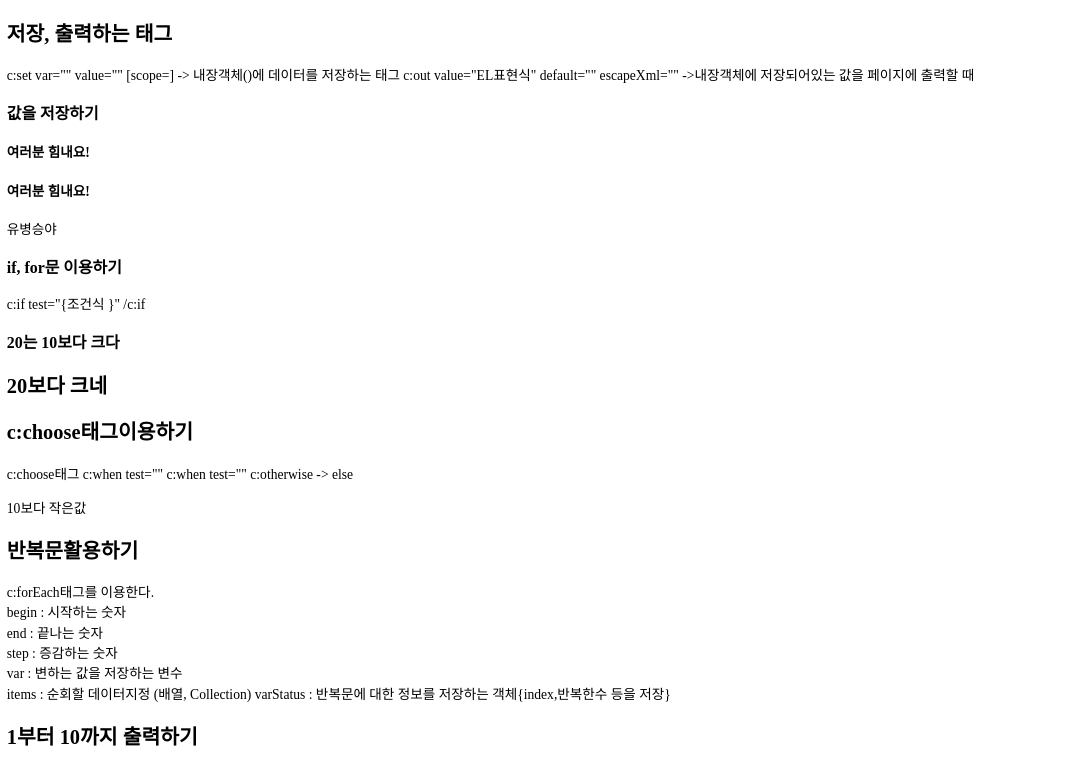
Repository: simjiho/week
Page: http://localhost/el_jstl/views/jstl/02_controltag.jsp
These files come from the project's save history. The page is drawn as it stood at one moment and after the next save; the edit follows.
The browser window is 1280 px wide. The pictures show the whole page, at 85% of full size.
The page is served by Tomcat 9.

Above is the page before, as saved 2024-04-20 06:45:11.

After the next save:
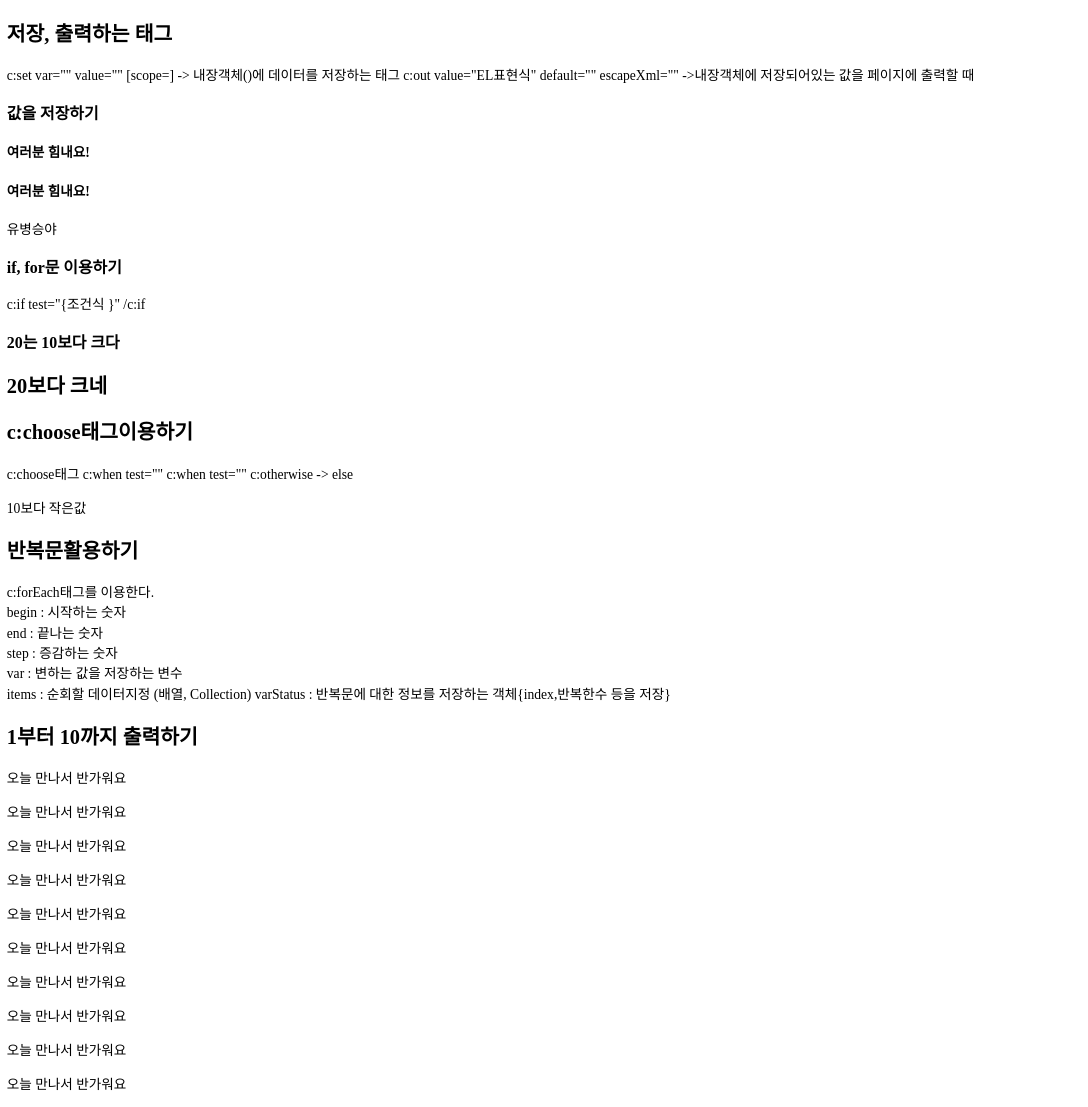
Saved 69 s later.
--- a/workspace/el_jstl/src/main/webapp/views/jstl/02_controltag.jsp
+++ b/workspace/el_jstl/src/main/webapp/views/jstl/02_controltag.jsp
@@ -79,6 +79,10 @@
 		varStatus : 반복문에 대한 정보를 저장하는 객체{index,반복한수 등을 저장} <br>
 	</p>
 	<h2>1부터 10까지 출력하기</h2>
+	<c:forEach var="i" begin="1" end="10" step="1">
+		<p>오늘 만나서 반가워요</p>
+	</c:forEach>
+
 
 </body>
 </html>
